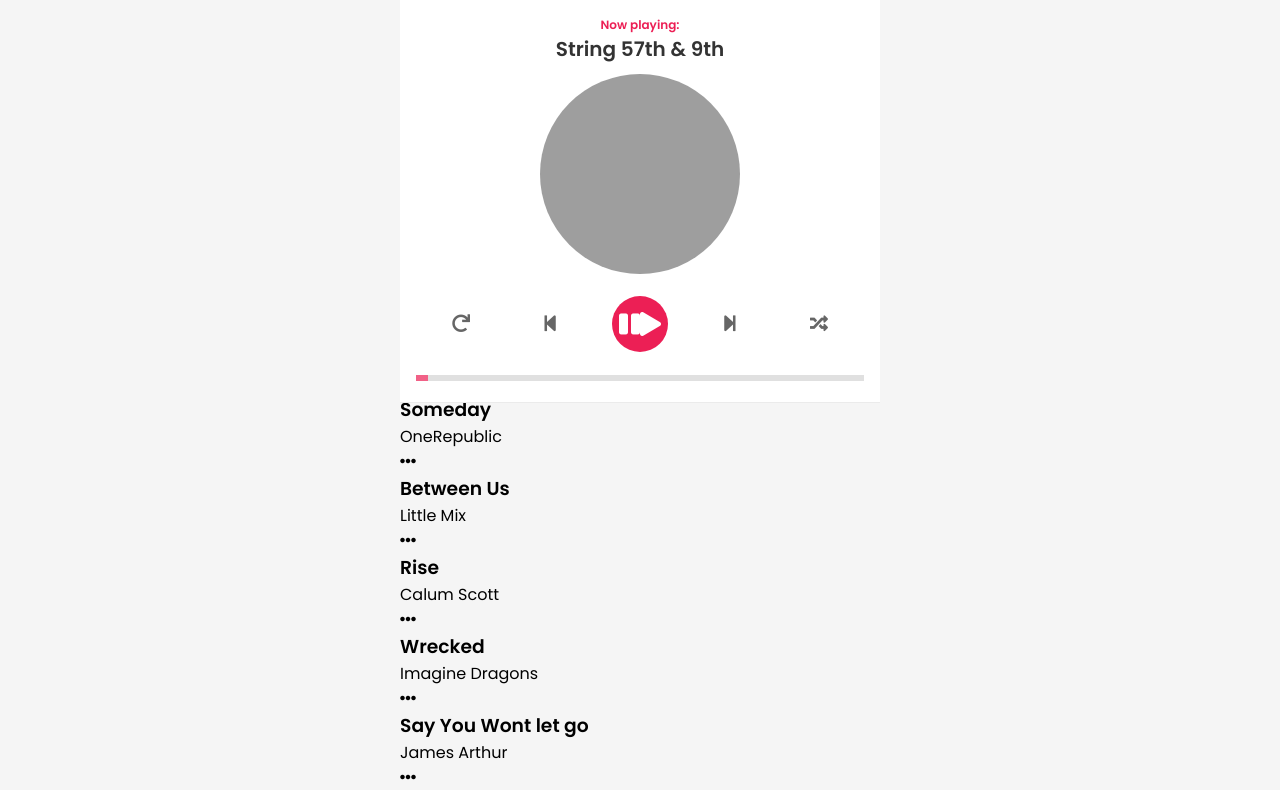
Repository: maivannhan1998/MusicPlayer.github.io
Page: index.html
An editor plug-in stored every save of this project. The page is shown before and after the next save, followed by the edit.
The browser window is 1280 px wide. The pictures show the whole page.
Pictures or frames that could not be fetched are drawn as grey boxes.

Above is the page before, as saved 2021-11-09 16:00:01.

### index.html
<!DOCTYPE html>
<html lang="en">
<head>
    <meta charset="UTF-8">
    <meta http-equiv="X-UA-Compatible" content="IE=edge">
    <meta name="viewport" content="width=device-width, initial-scale=1.0">
    <title>CodePlayMusic</title>
    <link rel="stylesheet" href="./assets/css/main.css">
    <link rel="stylesheet" href="https://cdnjs.cloudflare.com/ajax/libs/font-awesome/5.15.2/css/all.min.css" integrity="sha512-HK5fgLBL+xu6dm/Ii3z4xhlSUyZgTT9tuc/hSrtw6uzJOvgRr2a9jyxxT1ely+B+xFAmJKVSTbpM/CuL7qxO8w==" crossorigin="anonymous" />
    <link rel="preconnect" href="https://fonts.gstatic.com">
    <link href="https://fonts.googleapis.com/css2?family=Poppins:wght@300;400;600&display=swap" rel="stylesheet">
</head>
<body>
    <div class="player">
        <!-- Dashboard -->
        <div class="dashboard">
          <!-- Header -->
          <header>
            <h4>Now playing:</h4>
            <h2>String 57th & 9th</h2>
          </header>

          <!-- CD -->
          <div class="cd">
            <div class="cd-thumb">
            </div>
          </div>

          <!-- Control -->
          <div class="control">
                <div class="btn btn-repeat">
                    <i class="fas fa-redo"></i>
                </div>
                <div class="btn btn-prev">
                    <i class="fas fa-step-backward"></i>
                </div>
                <div class="btn btn-toggle-play">
                    <i class="fas fa-pause icon-pause"></i>
                    <i class="fas fa-play icon-play"></i>
                </div>
                <div class="btn btn-next">
                    <i class="fas fa-step-forward"></i>
                </div>
                <div class="btn btn-random">
                    <i class="fas fa-random"></i>
                </div>
          </div>

          <input id="progress" class="progress" type="range" value="0" step="1" min="0" max="100">



          <audio id="audio" src=""></audio>
        </div>

        <!-- Playlist -->
        <div class="playlist">

        </div>
      </div>
      <script>
         const $ = document.querySelector.bind(document);
         const $$ = document.querySelectorAll.bind(document);

         const app = {

            currentIndex: 0,

            songs: [
                 {
                     name: 'Easy On Me',
                     singer: 'adele',
                     path: './assets/music/song1.mp3',
                     image: './assets/img/img1.jpg'
                 }, {
                     name: 'One Right Now',
                     singer: 'Post Malone, The Weeknd',
                     path: './assets/music/song2.mp3',
                     image: './assets/img/img2.jpg'
                 }, {
                     name: 'For Tonight',
                     singer: 'Giveon',
                     path: './assets/music/song3.mp3',
                     image: './assets/img/img3.jpg'
                 }, {
                     name: 'Cold Heart',
                     singer: 'Elton John, Dua Lipa',
                     path: './assets/music/song4.mp3',
                     image: './assets/img/img4.jpg'
                 }, {
                     name: 'STAY',
                     singer: 'The Kid LAROI, Justin Bieber',
                     path: './assets/music/song5.mp3',
                     image: './assets/img/img5.jpg'
                 }, {
                     name: 'Someday',
                     singer: 'OneRepublic',
                     path: './assets/music/song6.mp3',
                     image: './assets/img/img6.jpg'
                 }, {
                     name: 'Between Us',
                     singer: 'Little Mix',
                     path: './assets/music/song7.mp3',
                     image: './assets/img/img7.jpg'
                 }, {
                     name: 'Rise',
                     singer: 'Calum Scott',
                     path: './assets/music/song8.mp3',
                     image: './assets/img/img8.jpg'
                 }, {
                     name: 'Wrecked',
                     singer: 'Imagine Dragons',
                     path: './assets/music/song9.mp3',
                     image: './assets/img/img9.jpg'
                 }, {
                     name: 'Say You Wont let go',
                     singer: 'James Arthur',
                     path: './assets/music/song10.mp3',
                     image: './assets/img/img10.jpg'
                 }
             ],

            render: function(){
                const htmls = this.songs.map((song) => {
                    return `
                        <div class="song">
                            <div class="thumb"
                                style="background-image: url('${song.image}')">
                            </div>
                            <div class="body">
                                <h3 class="title">${song.name}</h3>
                                <p class="author">${song.singer}</p>
                            </div>
                            <div class="option">
                                <i class="fas fa-ellipsis-h"></i>
                            </div>
                        </div>
                    `
                })
                $('.playlist').innerHTML = htmls.join('')
            },

            handleEvents: function() {
                const cd = $('.cd')
                const cdWidth  = cd.offsetWidth;

                 document.onscroll = function () {
                    const scrollTop = window.scrollY || document.documentElement.scrollTop;
                    const newCdWidth = cdWidth - scrollTop;

                    cd.style.width = newCdWidth > 0 ? newCdWidth + 'px' : 0;
                    cd.style.opacity = newCdWidth / cdWidth;
                 }
            },
            getCurrentSong: function() {
                return this.songs[this.currentIndex];
            },
            start: function() {

                this.handleEvents();

                console.log(this.getCurrentSong())

                this.render();
            }
        }

        app.start();

      </script>
</body>
</html>

### assets/css/main.css
:root {
  --primary-color: #ec1f55;
  --text-color: #333;
}

* {
  padding: 0;
  margin: 0;
  box-sizing: inherit;
}

body {
  background-color: #f5f5f5;
}

html {
  box-sizing: border-box;
  font-family: "Poppins", sans-serif;
}

.player {
  position: relative;
  max-width: 480px;
  margin: 0 auto;
}

.dashboard {
  position: fixed;
  padding: 16px 16px 14px;
  background-color: #fff;
  top: 0;
  width: 100%;
  max-width: 480px;
  border-bottom: 1px solid #ebebeb;
}

header {
  text-align: center;
  margin-bottom: 10px;
}

header h2 {
  color: var(--text-color);
  font-size: 20px;
}

header h4 {
  color: var(--primary-color);
  font-size: 12px;
}

.cd {
  display: flex;
  margin: auto;
  width: 200px;
}

.cd-thumb {
  background-image: url('/assets/img/maxresdefault.jpg');
  width: 100%;
  padding-top: 100%;
  border-radius: 50%;
  background-color: #333;
  background-size: cover;
  margin: auto;
}

.control {
  display: flex;
  align-items: center;
  justify-content: space-around;
  padding: 18px 0 8px 0;
}

.control .btn {
  color: #666;
  padding: 18px;
  font-size: 18px;
}

.control .btn-toggle-play {
  display: flex;
  align-items: center;
  justify-content: center;
  width: 56px;
  height: 56px;
  border-radius: 50%;
  font-size: 24px;
  color: #fff;
  background-color: var(--primary-color);
}

.progress {
  width: 100%;
  -webkit-appearance: none;
  height: 6px;
  background: #d3d3d3;
  outline: none;
  opacity: 0.7;
  -webkit-transition: 0.2s;
  transition: opacity 0.2s;
}

.progress::-webkit-slider-thumb {
  -webkit-appearance: none;
  appearance: none;
  width: 12px;
  height: 6px;
  background-color: var(--primary-color);
  cursor: pointer;
}

After the next save:
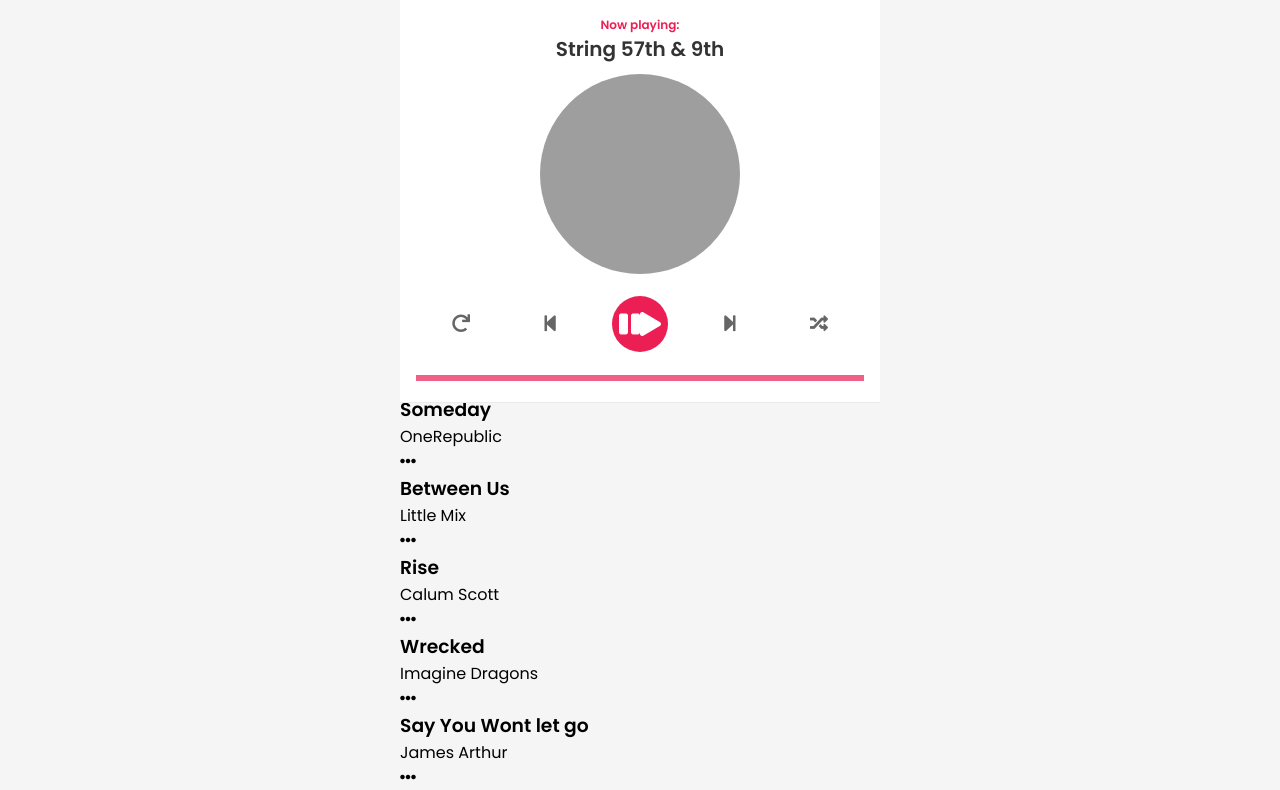
Saved 5 s later.
--- a/assets/css/main.css
+++ b/assets/css/main.css
@@ -104,7 +104,7 @@
 .progress::-webkit-slider-thumb {
   -webkit-appearance: none;
   appearance: none;
-  width: 12px;
+  /* width: 12px; */
   height: 6px;
   background-color: var(--primary-color);
   cursor: pointer;

After the 3 saves that followed:
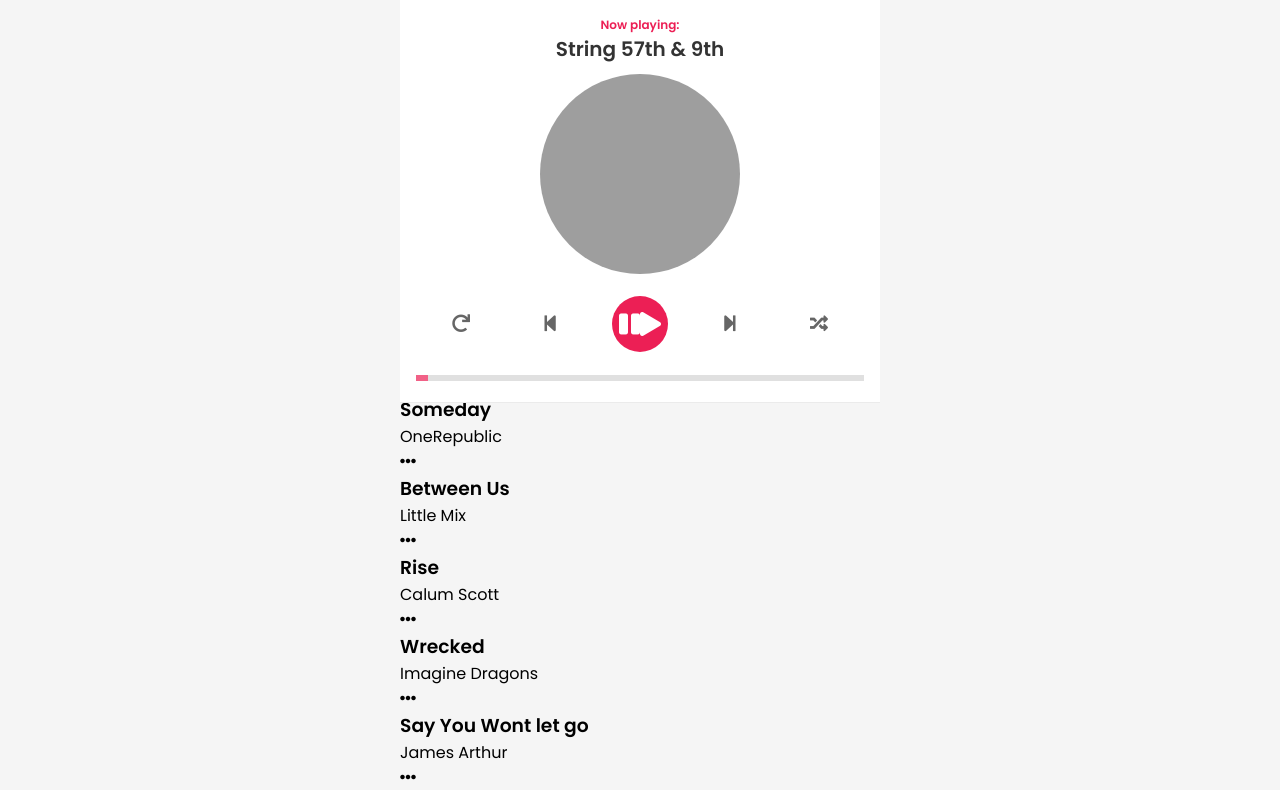
The 3 saves are shown as one change because they came seconds apart.
The last was saved 9 s later.
--- a/assets/css/main.css
+++ b/assets/css/main.css
@@ -104,7 +104,7 @@
 .progress::-webkit-slider-thumb {
   -webkit-appearance: none;
   appearance: none;
-  /* width: 12px; */
+  width: 12px;
   height: 6px;
   background-color: var(--primary-color);
   cursor: pointer;
